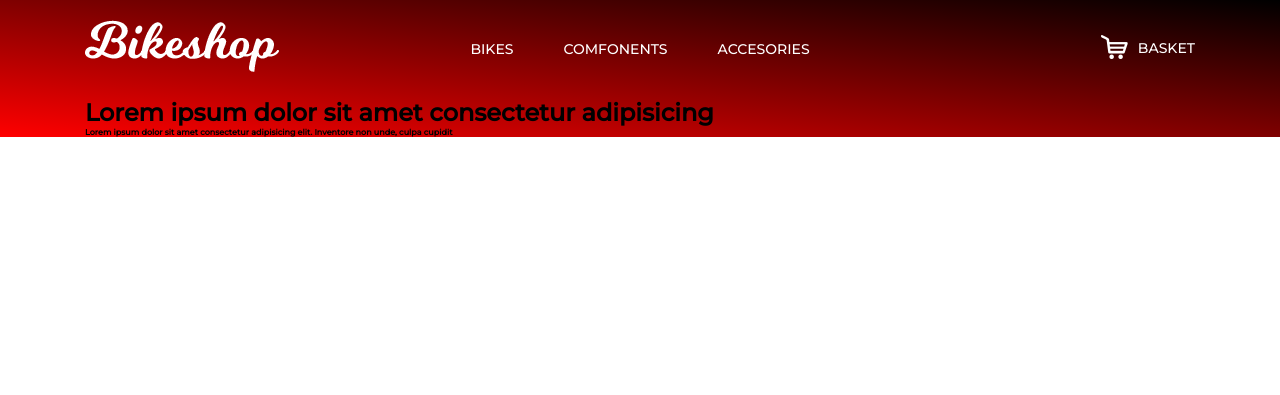
Repository: vanphongnguyen1/webDemo
Page: Bikeshop/index.html
These files come from the project's save history. The page is drawn as it stood at one moment and after the next save; the edit follows.
The browser window is 1280 px wide. The pictures show the whole page.
The style sheet was rebuilt from its Sass, Less or Tailwind sources for each picture, by a compiler version that may differ from the author's.

Above is the page before, as saved 2020-09-04 14:15:08.

### Bikeshop/index.html
<!DOCTYPE html>
<html lang="en">
<head>
    <meta charset="UTF-8">
    <meta name="viewport" content="width=device-width, initial-scale=1.0">
    <title>Document</title>
    <link href="https://fonts.googleapis.com/css2?family=Montserrat:wght@300;500&display=swap" rel="stylesheet">
    <link rel="stylesheet" href="./css/bootstrap-grid.min.css">
    <link rel="stylesheet" href="./css/style.css">
</head>
<body>
    <header>
        <div class="container">
            <div class="nav">
                <div class="row">
                    <div class="col-3">
                        <div class="logo">
                            <img src="./img/logo-text.png" alt="#Text Logo">
                        </div>
                    </div>
                    <div class="col-6">
                        <div class="menu">
                            <ul class="menu__list">
                                <li class="menu__item">
                                    <a href="" class="menu__text">bikes</a>
                                </li>
                                <li class="menu__item">
                                    <a href="" class="menu__text">comfonents</a>
                                </li>
                                <li class="menu__item">
                                    <a href="" class="menu__text">accesories</a>
                                </li>
                            </ul>
                        </div>
                    </div>
                    <div class="col-3">
                        <div class="card">
                            <a href="" class="card__table">
                                <img src="./img/icon.png" alt="#Product">
                                <span class="card__text">basket</span>
                            </a>
                        </div>
                    </div>
                </div>
            </div>
            <div class="heading__title">
                <h1>Lorem ipsum dolor sit amet consectetur adipisicing</h1>
                <h6>Lorem ipsum dolor sit amet consectetur adipisicing elit. Inventore non unde, culpa cupidit</h6>
            </div>
        </div>
    </header>
</body>
</html>

### Bikeshop/sass/style.scss
@import './abstracts/varliber';
@import './base/base';
@import './components/header';

### Bikeshop/sass/abstracts/_varliber.scss
$bg-btn: #3c3c3c;
$color-grey: #888888;
$color-grey-line: #c2c1c1;
$color-with: #ffffff;
$color-black: #000000;
$font-Montserrat: 'Montserrat', sans-serif;

### Bikeshop/sass/base/_base.scss
* {
    margin: 0;
    padding: 0;
    box-sizing: border-box;
    outline: none;
}
html {
    font-size: 10px;
}
body {
    font-size: 1.2rem;
    font-family: $font-Montserrat;
}
a {
    text-decoration: none;
    color: inherit;
}
input, button, textarea {
    font-family: inherit;
}
ul {
    margin: 0;
    padding: 0
}
h1, h2, h3, h4, h5, h6, p {
    margin: 0;
    padding: 0;
    line-height: inherit
}
img {
    max-width: 100%;
    display: block;
}

### Bikeshop/sass/components/_header.scss
header {
    background-image: linear-gradient(to top right,red,black),;
    .nav {
        padding: 2rem 0;
        .logo {}
        .menu {
            &__list {
                text-transform: uppercase;
                display: flex;
                justify-content: center;
                align-items: center;
                padding: 1rem 0;
            }
            &__item {
                font-size: 1.4rem;
                display: inline-block;
                padding: 1rem 2.5rem;
                // font-weight: 600;
            }
            &__text {
                color: $color-with;
                &:hover {
                    color: $color-grey;
                }
            }
        }
        .card{
            text-align: right;
            text-align: -webkit-right;
            padding: 1.5rem 0;
            &__table {
                display: flex;
                justify-content: flex-end;
                align-items: center;
                span {
                    font-size: 1.4rem;
                    text-transform: uppercase;
                    color: $color-with;
                    margin-left: 1rem;
                }
            }
        }
    }
}

Loaded but not shown: Bikeshop/css/bootstrap-grid.min.css (library)

After the next save:
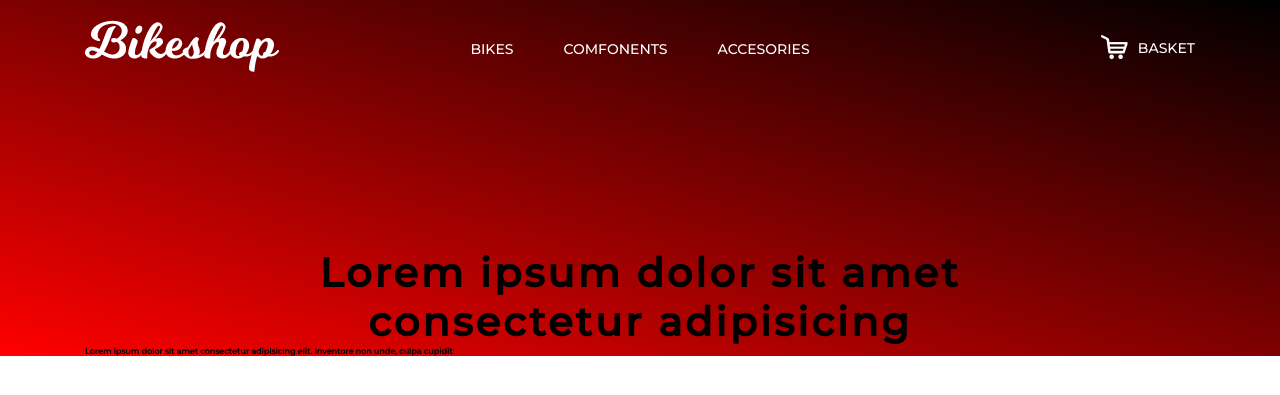
Saved 3 s later.
--- a/Bikeshop/sass/components/_header.scss
+++ b/Bikeshop/sass/components/_header.scss
@@ -41,4 +41,14 @@ header {
             }
         }
     }
+    .heading__title {
+        margin-top: 15rem;
+        h1 {
+            width: 60%;
+            font-size: 4rem;
+            text-align: center;
+            margin: 0 auto;
+            letter-spacing: 3px;
+        }
+    }
 }
